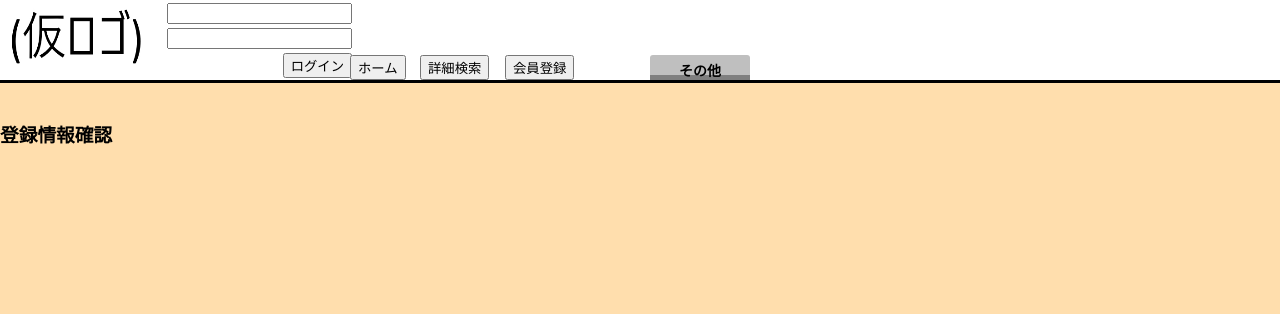
Repository: k0816/backup-master
Page: http://localhost/cycle/userInfo.jsp
These files come from the project's save history. The page is drawn as it stood at one moment and after a run of saves; the edit follows.
The browser window is 1280 px wide. The pictures show the whole page.
The page is served by Tomcat 9. Other server files are loaded and not shown.

Above is the page before, as saved 2018-01-20 10:39:44.

### cycle/WebContent/userInfo.jsp
<%@ page language="java" contentType="text/html; charset=UTF-8"
    pageEncoding="UTF-8"%>
<%@ taglib prefix="s" uri="/struts-tags"%>

<!DOCTYPE html PUBLIC "-//W3C//DTD HTML 4.01 Transitional//EN" "http://www.w3.org/TR/html4/loose.dtd">
<html>
<head>
<meta http-equiv="Content-Type" content="text/html; charset=UTF-8">
<title>登録情報</title>
</head>
<body>
<jsp:include page="/include.jsp" flush="true" />

<h3>登録情報確認</h3>


							<s:property value="#session.loginUser.getLoginAddress()" /><br>
							<s:property value="#session.loginUser.getLoginPassword()" /><br>
							<s:property value="#session.loginUser.getUserName()" /><br>
							<s:property value="#session.loginUser.getGender()" /><br>
							<s:date name="#session.loginUser.getBirthday()" format="yyyy年MM月dd日" />


</body>
</html>

### cycle/WebContent/include.jsp
<%@ page language="java" contentType="text/html; charset=UTF-8"
	pageEncoding="UTF-8"%>
<%@ taglib prefix="s" uri="/struts-tags"%>
<!DOCTYPE html PUBLIC "-//W3C//DTD HTML 4.01 Transitional//EN" "http://www.w3.org/TR/html4/loose.dtd">
<html>
<head>
<meta http-equiv="Content-Type" content="text/html; charset=utf-8" />
<meta http-equiv="Content-Style-Type" content="text/css" />
<meta http-equiv="Content-Script-Type" content="text/javascript" />
<meta http-equiv="imagetoolbar" content="no" />
<meta name="description" content="" />
<meta name="keywords" content="" />
<title>JSP共通設定</title>
<style type="text/css">

#header {
	width: 100%;
	height: 80px;
	background-color: white;
	border-bottom: 3px solid black;
	/* position: fixed; */
}

#welcome {
	position: absolute;
	left: 160px;
	top: 0px;
}

.botan {
	position: absolute;
	top: 55px;
}

#home {
	position: absolute;
	left: 350px;
}

#search {
	position: absolute;
	left: 420px;
}

#createORmypage {
	position: absolute;
	left: 505px;
}

#other {
	position: absolute;
	left: 650px;
}

body {
	/* background: url("./image/wood.jpg"); */
	background: #FFDEAD;
	margin: 0;
	padding: 0;
}
/* ドロップダウンメニューについて */
#dropmenu {
	list-style-type: none;
	width: 100px;
	height: 20px;
	margin: 0px auto 0px;
	padding: 0;
	background: #bfbfbf;
	border-bottom: 5px solid #7f7f7f;
	border-radius: 3px 3px 0 0;;
}

#dropmenu li {
	position: relative;
	width: 100%;
	float: left;
	margin: 0;
	padding: 0;
	text-align: center;
}

#dropmenu li a {
	display: block;
	margin: 0;
	padding: 10px;
	color: black;
	font-size: 14px;
	font-weight: bold;
	line-height: 1;
	text-decoration: none;
}

#dropmenu li:hover>a {
	background: #bfbfbf;;
	color: #eff7b1;
}

#dropmenu>li:hover>a {
	border-radius: 3px 3px 0 0;
}

#dropmenu li ul {
	list-style: none;
	position: absolute;
	top: 100%;
	left: 0;
	margin: 0;
	padding: 0;
	border-radius: 0 0 3px 3px;
}

#dropmenu li ul li {
	overflow: hidden;
	width: 100%;
	height: 0;
	color: #fff;
	-moz-transition: .2s;
	-webkit-transition: .2s;
	-o-transition: .2s;
	-ms-transition: .2s;
	transition: .2s;
}

#dropmenu li ul li a {
	padding: 13px 13px;
	background: #bfbfbf;
	text-align: center;
	font-size: 12px;
	font-weight: normal;
}

#dropmenu li:hover ul li {
	overflow: visible;
	height: 38px;
	border-top: 1px solid #bfbfbf;
	border-bottom: 1px solid #616d0b;
}

#dropmenu li:hover ul li:first-child {
	border-top: 0;
}

#dropmenu li:hover ul li:last-child {
	border-bottom: 0;
}

#dropmenu li:hover ul li:last-child a {
	border-radius: 0 0 3px 3px;
}
</style>
</head>
<body>
	<div id="header">
          <a href="GoHomeAction"><img src="image\logotest.jpg" width="150" height="80"></a>

		<div id="welcome">  <!-- ログイン情報入力フォーム-->
			<s:if test="#session.loginUser != null">
ようこそ！<s:property value="#session.loginUser.getUserName()" escape="false" />様！
            </s:if>
            <s:else>
            <s:form id="form" name="form" action="LoginAction">
				<div id="address"><s:textfield name="loginAddress"/></div>
				<div id="password"><s:password name="loginPassword"/></div>
				<s:hidden name="userName" value='<s:property value="userName"/>'/>
				<s:hidden name="userId" value='<s:propety value="userId"/>'/>
				<div id="login"><s:submit value="ログイン"/></div>
			</s:form>
            </s:else>
            </div>

	<div class="botan">
			<div id="home">
				<form action="GoHomeAction">
					<input type="submit" value="ホーム" />
				</form>
			</div>
			<div id="search">
				<form action="PartySearchAction">
					<input type="submit" value="詳細検索" />
				</form>
			</div>
			<div id=createORmypage>
			<s:hidden name="loginAddress" value="%{loginAddress}"/>
			<s:hidden name="loginPassword" value="%{loginPassword}"/>
			<s:hidden name="userId" value="%{userId}"/>
			<s:hidden name="userName" value="%{userName}"/>
			<s:if test="#session.loginUser !=null">
				<ul id="dropmenu">
					<li><a href="#">マイページ</a>
						<ul>
							<li><a href="NicePartyListAction">いいね！</a></li>
							<li><a href="PartyJoinHistoryAction">参加履歴</a></li>
							<li><a href="UserInfoAction">登録情報確認</a></li>
							<li><a href="PartySearchNEWAction">商品検索</a></li>

						</ul>
					</li>
				</ul>
			</s:if>
			<s:else>
				<form action="UserCreateAction">
					<input type="submit" value="会員登録" />
				</form>
			</s:else>
			</div>

		<!-- ドロップダウンメニュー -->
		<div id="other">
		<ul id="dropmenu">
			<li><a href="#">その他</a>
				<ul>
					<li><a href="ToNewUserAction">お知らせ</a></li>
					<li><a href="ToNewUserAction">初めての方へ</a></li>
					<li><a href="#">会社概要</a></li>
					<li><a href="#">お問い合わせ</a></li>
					<li><s:if test="#session.loginUser !=null">
							<a href="LogoutAction">ログアウト</a>
						</s:if></li>
				</ul>
			</li>
		</ul>
		</div>
	</div>
	</div>
	<br>
</body>
</html>

After the next 2 saves:
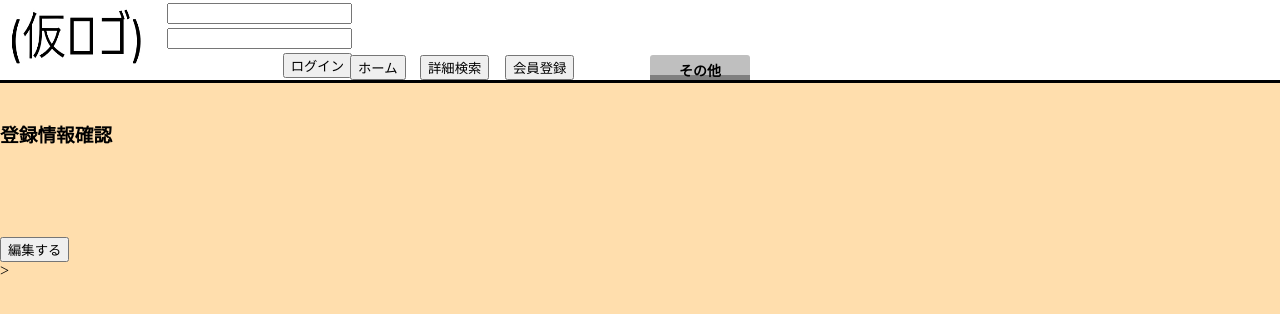
The 2 saves are shown as one change because 1 did not build or start.
The last was saved 8 min 22 s later.
--- a/cycle/WebContent/userInfo.jsp
+++ b/cycle/WebContent/userInfo.jsp
@@ -19,7 +19,9 @@
 							<s:property value="#session.loginUser.getUserName()" /><br>
 							<s:property value="#session.loginUser.getGender()" /><br>
 							<s:date name="#session.loginUser.getBirthday()" format="yyyy年MM月dd日" />
-
+                             <form action="UserInfoEditAction">
+					<input type="submit" value="編集する" />
+				</form>>
 
 </body>
 </html>
